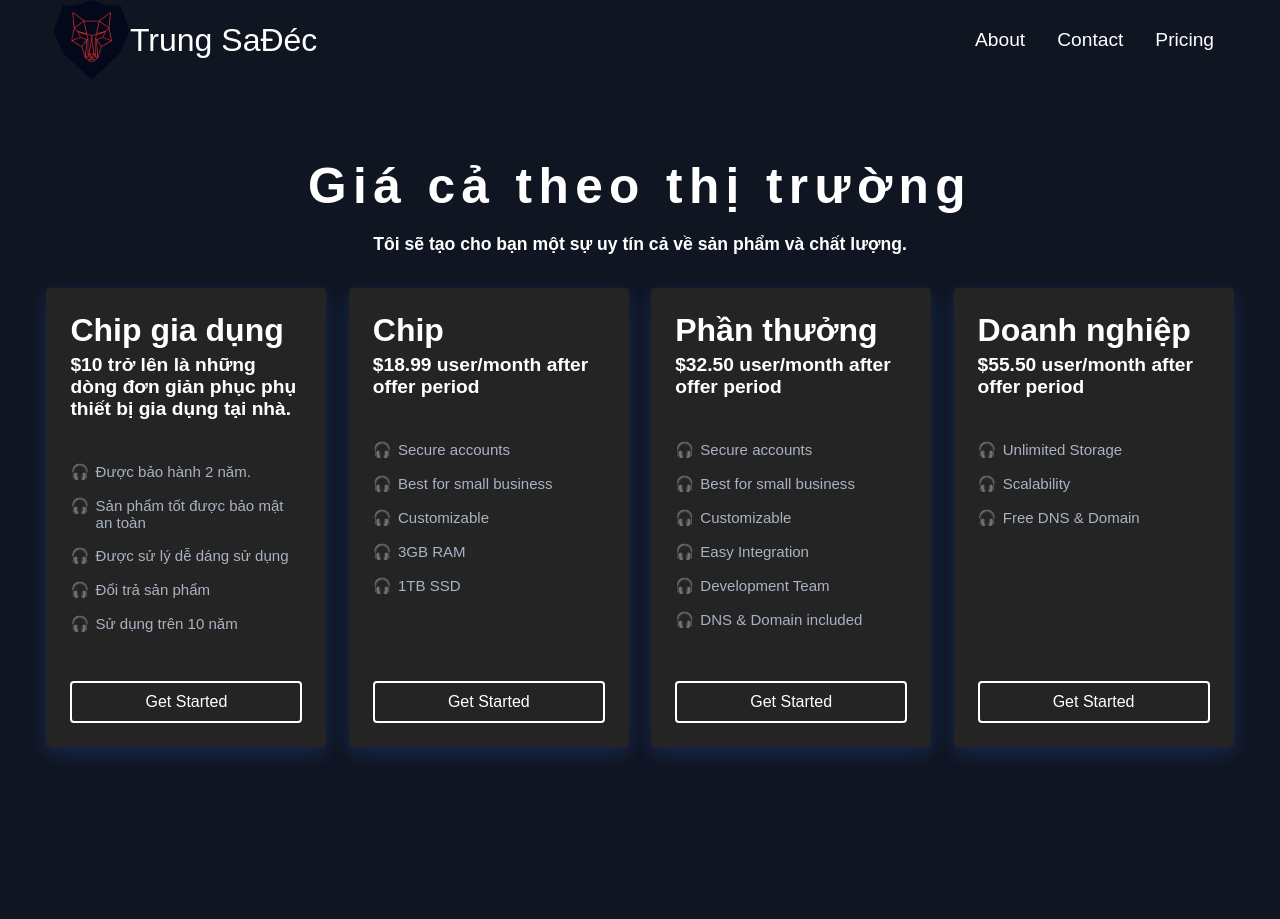
Repository: fdhhhdjd/Profile-Gift-B_H_Q_Trung
Page: /pricing
These files come from the project's save history. The page is drawn as it stood at one moment and after the next save; the edit follows.
The browser window is 1280 px wide. The pictures show the whole page.
The project was rebuilt for these pictures with package versions that can differ from the ones it lists, and the page was loaded fresh each time. Also part of the build but not shown: src/App.css, src/Pages/Home.js, src/Styles/HeroStyles.js, src/Components/Hero.js. Imported but missing from the stored project, and not drawn on this page: src/Pages/SignUpPage.

Above is the page before, as saved 2021-10-28 17:01:49.

After the next save:
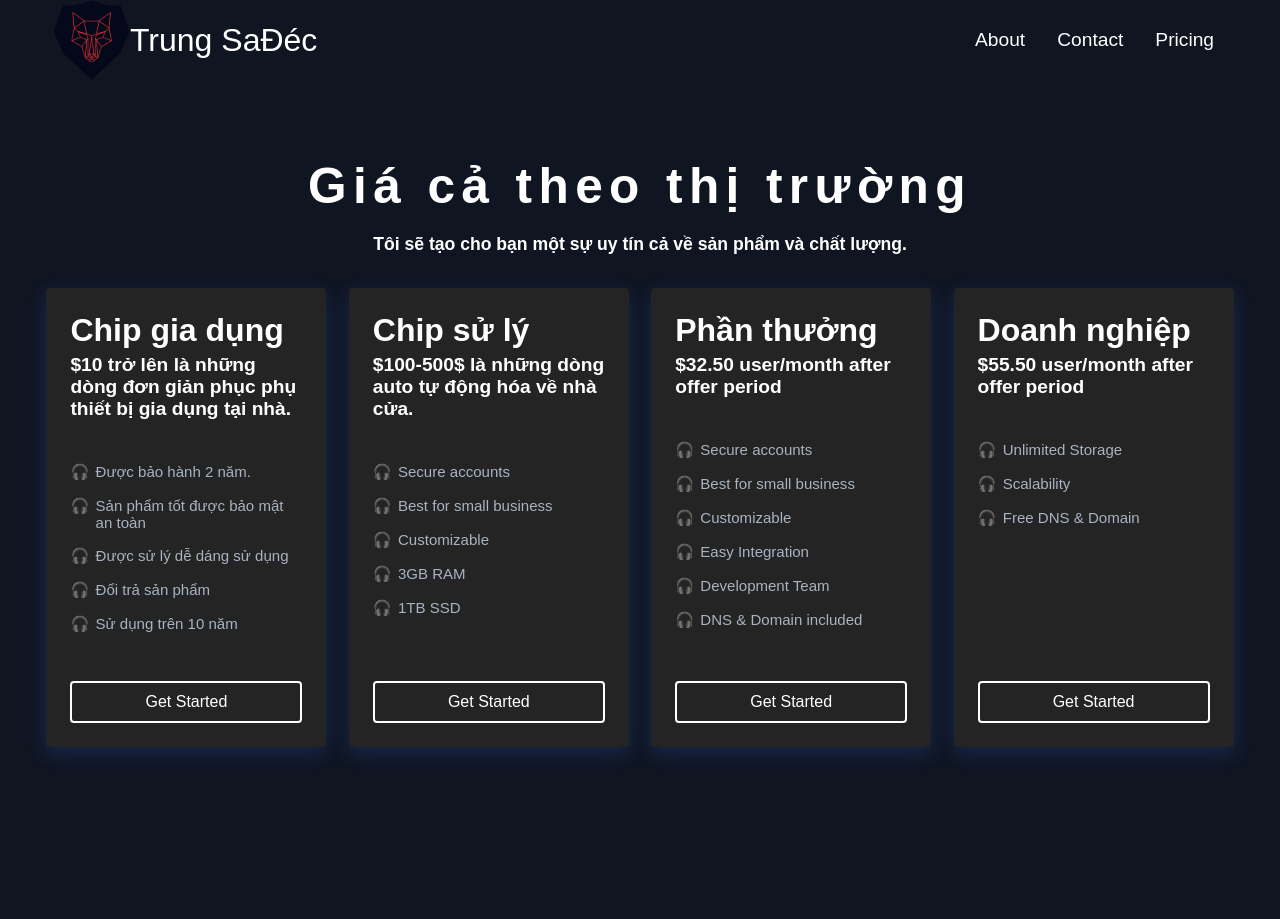
Saved 37 s later.
--- a/src/Data/PricingData.js
+++ b/src/Data/PricingData.js
@@ -12,8 +12,8 @@ export const pricingData = [
     ],
   },
   {
-    title: "Chip ",
-    price: "$18.99 user/month after offer period",
+    title: "Chip sử lý ",
+    price: "$100-500$ là những dòng auto tự động hóa về nhà cửa.",
     numAcc: "50-500 accounts",
     features: [
       "Secure accounts",
